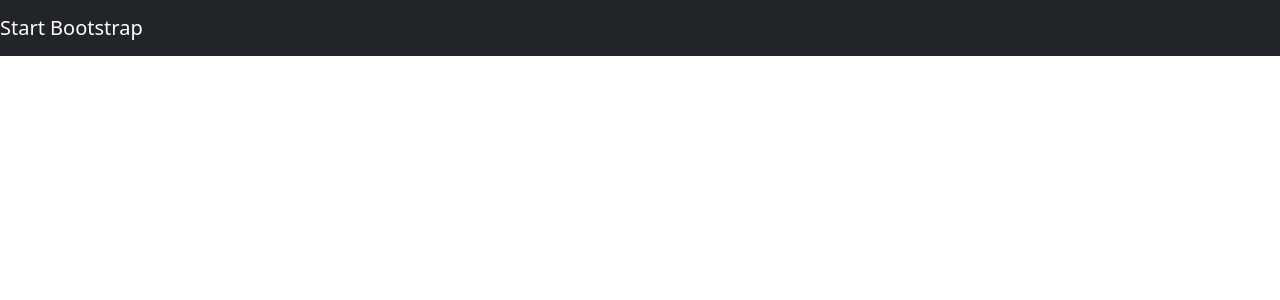
Repository: trongtamdev/lession1_html_sleepcloud
Page: blogPost.html
The author's editor kept a copy of each file at every save. The page is drawn from the files as they stood at one save, then again after the next save.
The browser window is 1280 px wide. The pictures show the whole page.

Above is the page before, as saved 2022-09-12 09:27:43.

After the next save:
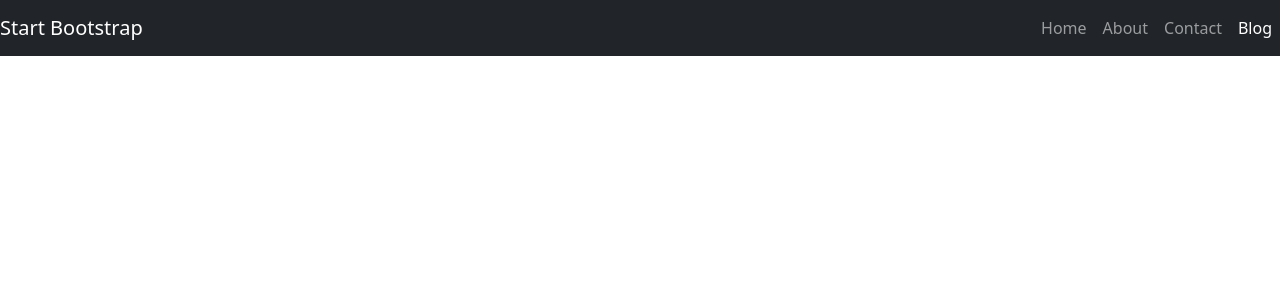
Saved 21 s later.
--- a/blogPost.html
+++ b/blogPost.html
@@ -25,6 +25,12 @@
       </button>
       <div class="collapse navbar-collapse" id="navbarSupportedContent">
         <ul class="navbar-nav ms-auto mb-2 mb-lg-0"></ul>
+        <ul class="navbar-nav ms-auto mb-2 mb-lg-0">
+            <li class="nav-item"><a class="nav-link" href="#">Home</a></li>
+            <li class="nav-item"><a class="nav-link" href="#!">About</a></li>
+            <li class="nav-item"><a class="nav-link" href="#!">Contact</a></li>
+            <li class="nav-item"><a class="nav-link active" aria-current="page" href="#">Blog</a></li>
+        </ul>
     </nav>
   </body>
 </html>
